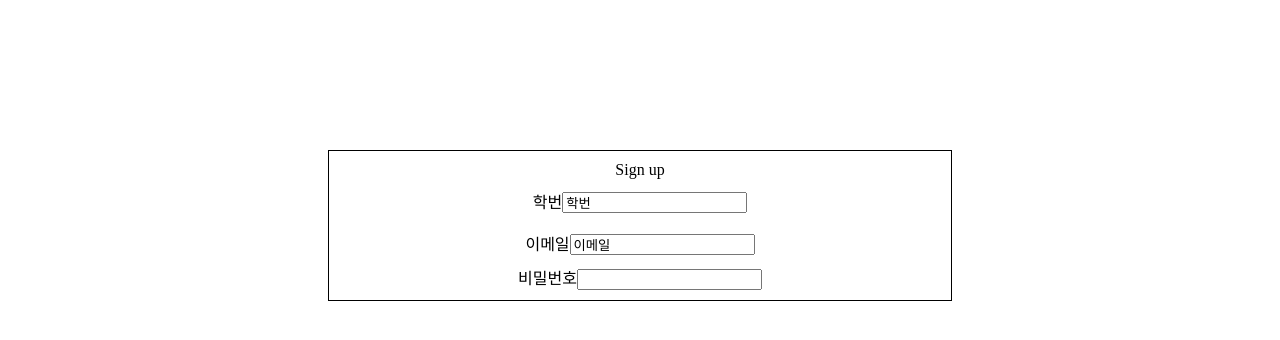
Repository: smandkd/Multicampus_Frontend
Page: http://localhost/Mulcam_Project/jsp/signup.jsp
The author's editor kept a copy of each file at every save. The page is drawn from the files as they stood at one save, then again after the next save.
The browser window is 1280 px wide. The pictures show the whole page.
The page is served by Tomcat 9.

Above is the page before, as saved 2022-01-30 02:18:14.

After the next save:
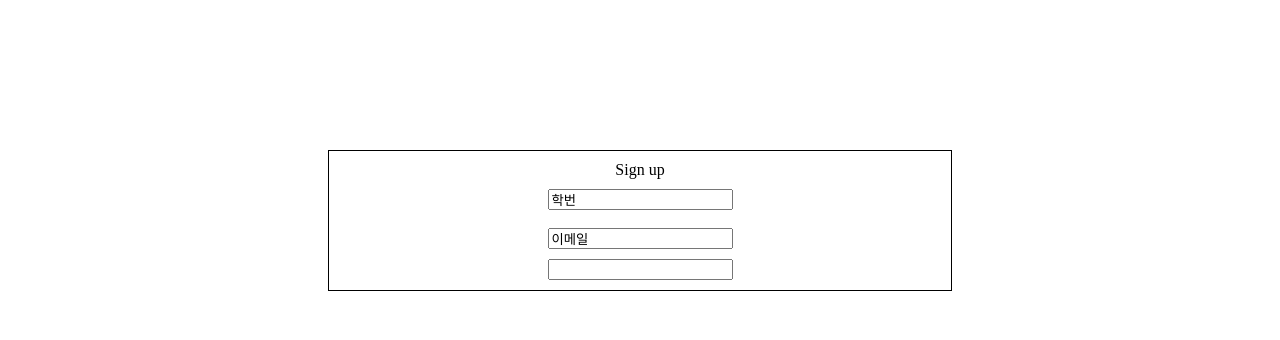
Saved 5 s later.
--- a/Mulcam_Project/jsp/signup.jsp
+++ b/Mulcam_Project/jsp/signup.jsp
@@ -27,14 +27,14 @@
 	Sign up
 	<div>
 		<div class="b">
-		학번<input type="text" value="학번"/>
+		<input type="text" value="학번"/>
 		</div>
 		<br/>
 		<div class="c">
-		이메일<input type="text" value="이메일"/>
+		<input type="text" value="이메일"/>
 		</div>
 		<div class="c">
-		비밀번호<input type="text" valeu="비밀번호"/>
+		<input type="text" valeu="비밀번호"/>
 		</div>
 	</div>
 </div>
